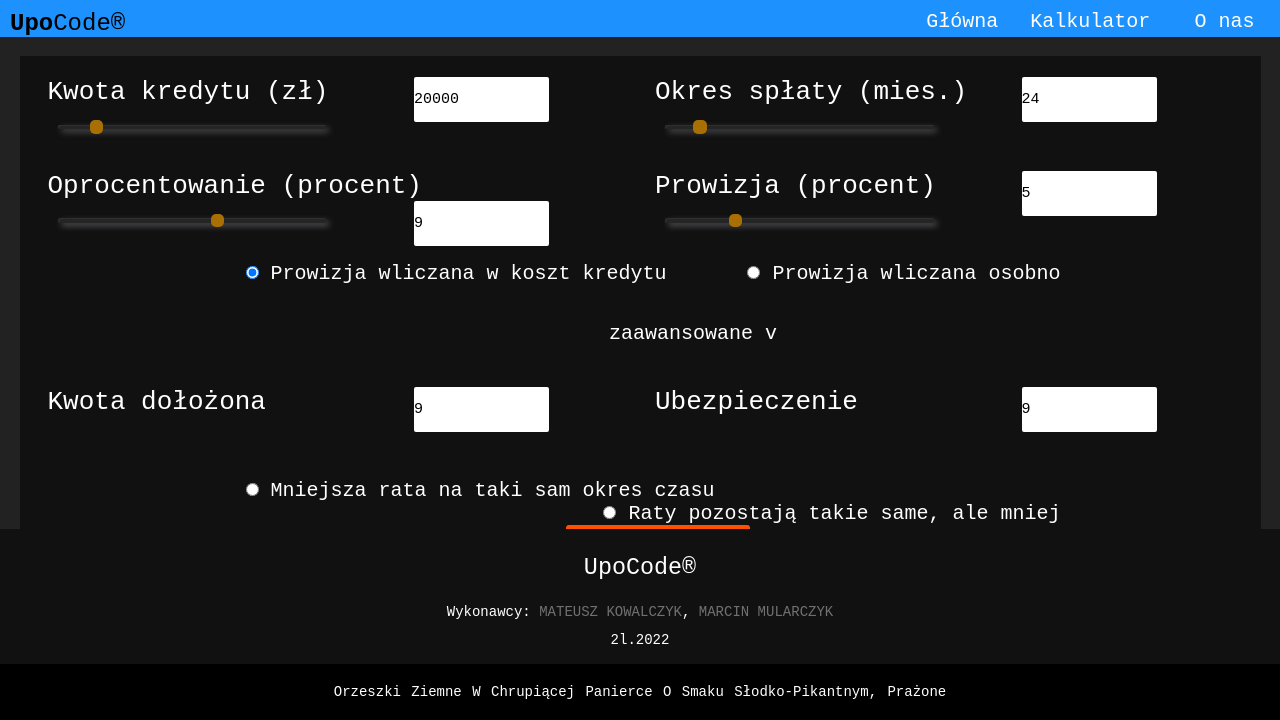
Repository: Klemingway/egzamin
Page: kalkulator.html
These files come from the project's save history. The page is drawn as it stood at one moment and after the next save; the edit follows.
The browser window is 1280 px wide. The pictures show the whole page.

Above is the page before, as saved 2023-01-25 12:23:27.

### kalkulator.html
<!DOCTYPE html>
<html lang="pl">

<head>
    <meta charset="UTF-8">
    <meta http-equiv="X-UA-Compatible" content="IE=edge">
    <meta name="viewport" content="width=device-width, initial-scale=1.0">
    <link rel="stylesheet" href="style/styl.css">
    <link rel="shortcut icon" href="img/ikonna.png" type="image/x-icon">
    <script src="js/script.js"></script>
    <title>Bankowy</title>
</head>
<header>

    <div id="hod">
        <a style="text-decoration: none;color: white;" href="index.html">Główna</a>
        <a style="text-decoration: none;color: white;" href="kalkulator.html">Kalkulator</a> &puncsp;
        <div id="hod1"><a style="text-decoration: none; color: white;" href="bl.html">O nas</a></div>
    </div>
    <div id="hzd">
        <b>Upo</b>Code®
    </div>
</header>

<div id="gl">

    <div id="d1" class="d">
        Kwota kredytu (zł)
        <input type="text" name="kwota" pattern="[0-9]" id="kwota" class="wej" value="20000" onchange="document.getElementById('r1').value = this.value/1000"><br>
        <input type="range" min="1" max="150" value="20" id="r1" class="slider" oninput="document.getElementById('kwota').value = this.value*1000; ">
    </div>

    <div id="d2" class="d">
        Okres spłaty (mies.)
        <input type="text" name="splata" pattern="[0-9]" id="splata" class="wej" value="24" onchange="document.getElementById('r2').value = this.value"><br>
        <input type="range" min="12" max="120" value="24" id="r2" class="slider" oninput="document.getElementById('splata').value = this.value;">
    </div>


    <div id="d3" class="d">
        Oprocentowanie (procent)
        <input type="text" name="splata" pattern="[0-9]" id="oproc" class="wej" value="9" onchange="document.getElementById('r3').value = this.value*100"><br>
        <input type="range" min="1" max="1500" value="900" id="r3" class="slider" oninput="document.getElementById('oproc').value = this.value/100;">
    </div>

    <div id="d4" class="d">
        Prowizja (procent)
        <input type="text" name="prowiz" pattern="[0-9]" id="prowiz" class="wej" value="5" onchange="document.getElementById('r4').value = this.value"><br>
        <input type="range" min="0" max="20" value="5" id="r4" class="slider" oninput="document.getElementById('prowiz').value = this.value;">
    </div>

    <div id="d5" class="dradio">
        <label class="l1">
        <input type="radio" checked name="choice" value="wariant1" class="radio"> Prowizja wliczana w koszt kredytu
        </label>
        <label class="l2">
            <input type="radio" name="choice" value="wariant2" class="radio">
            Prowizja wliczana osobno
        </label>
    </div>
    <br>
    <div id="d6">
        <a onclick="zaawansowane()" style="margin-bottom: 100px;">zaawansowane v</a>
    </div>
    <div id="d8" class="d">
        Kwota dołożona
        <input type="text" name="kwotadodana" pattern="[0-9]" id="kwotadodana" class="wej" value="9">
    </div>
    <div id="d9" class="d">
        Ubezpieczenie
        <input type="text" name="ubezpieczenie" pattern="[0-9]" id="ubezpieczenie" class="wej" value="9">
    </div>
    <div id="d10" class="dradio">
        <label class="l1">
            <input type="radio" name="choice2" class="radio" value="rat_tyle_samo">
            Mniejsza rata na taki sam okres czasu
        </label>
        <label class="l2">
            <input type="radio" name="choice2" class="radio" value="rat_mniej">
            Raty pozostają takie same, ale mniej
        </label>
    </div>
    <div id="d7">
        <input type="button" id="guzik" value="Oblicz ratę i koszt" onclick="test()">
    </div>

</div>
<!-- <div id="wyniki">

</div> -->



<footer>
    <div id="zawfoot">
        <h3>UpoCode®</h3>
        <p>Wykonawcy: <span>Mateusz Kowalczyk</span>, <span>Marcin Mularczyk</span><br>2l.2022</p>

    </div>
    <div class="dol">
        <p>Orzeszki ziemne w chrupiącej panierce o smaku słodko-pikantnym, prażone

        </p>
    </div>
</footer>

</body>

</html>

### style/styl.css
html,
body {
    padding: 0;
    margin: 0;
    font-family: monospace;
    background-color: #222222;
    overflow-x: hidden;
    min-height: 100%;
}

body::-webkit-scrollbar {
    width: 0.6em;
}

body::-webkit-scrollbar-track {
    -webkit-box-shadow: inset 0 0 6px rgba(0, 0, 0, 0.3);
}

body::-webkit-scrollbar-thumb {
    background-color: rgb(255, 136, 0);
}

body::-webkit-scrollbar-thumb:hover {
    background: rgba(255, 136, 0, 0.582);
}


/* header */

header {
    z-index: 5;
    text-decoration: none;
    padding-top: 0.5em;
    position: sticky;
    top: 0;
    height: 5vh;
    background-color: #1d92ff;
    width: 100vw;
    font-size: 20px;
}

#hzd {
    font-size: 1.2em;
    padding-left: 10px;
    background-color: #1d92ff;
}

#hod {
    float: right;
    word-spacing: 20px;
    margin-right: 2vw;
}

#hod1 {
    float: right;
    word-spacing: 0px;
}

#fw {
    position: relative;
    margin-top: 20px;
}


/* koniec headera */

#gl {
    padding-top: 1.5em;
    padding-left: 2em;
    padding-bottom: 2em;
    justify-content: center;
    background-color: #111111;
    color: white;
    margin: 1.5em;
    min-height: 20vh;
}


/* #d1 {
    background-color: aqua;
}

#d2 {
    background-color: brown;
}

#d3 {
    background-color: olive;
}

#d4 {
    background-color: orangered;
} */

#gll {
    background-color: #ff5000;
    width: 100%;
    height: auto;
    border: #ff5000 1px solid;
}

.dradio {
    font-size: 20px;
    padding-top: 5px;
    padding-left: 10em;
    padding-right: 10em;
    width: 100%;
    margin-bottom: 1em;
    /* background-color: gold; */
}

.l1 {
    float: left;
}

.l2 {
    float: right;
}

#d6 {
    margin: 2em;
    font-size: 20px;
    padding-top: 5px;
    width: 100%;
    text-align: center;
    /* background-color: rgb(0, 255, 115); */
}

#d7 {
    margin: 5px;
    display: flex;
    width: 100%;
    justify-content: center;
}

.d {
    word-wrap: break-word;
    font-size: 2em;
    padding: 2px;
    width: 50%;
    float: left;
    min-height: 13vh;
    padding-right: 4em;
}

#wyniki {
    min-height: 25em;
    margin-bottom: 3em;
}


/* wejscia wyjscia */

.wej {
    float: right;
    border-radius: 2px;
    outline: none;
    border: none;
    font-family: monospace;
    height: 3em;
    width: 9em;
    font-size: 15px;
}

.slider {
    margin: 10px;
    -webkit-appearance: none;
    outline: none;
    border-radius: 3px;
    height: 0.6vh;
    width: 21vw;
    background-color: rgb(37, 37, 37);
    box-shadow: 3px 3px 6px rgb(89, 88, 92), inset 1px 1px 1px #313131;
}

.slider::-webkit-slider-thumb {
    -webkit-appearance: none;
    width: 1em;
    height: 1em;
    cursor: pointer;
    background-color: rgb(168, 111, 5);
    overflow: visible;
    border-radius: 5px;
}

#guzik {
    display: inline-block;
    outline: none;
    cursor: pointer;
    font-weight: 600;
    border-radius: 3px;
    padding: 12px 24px;
    border: 0;
    color: #fff;
    background: #ff5000;
    line-height: 1.15;
    font-size: 16px;
}

#guzik:hover {
    transition: all .1s ease;
    box-shadow: 0 0 0 0 #fff, 0 0 0 3px #1d92ff;
}


/* footer */

footer {
    position: absolute;
    bottom: 0;
    width: 100%;
    left: 0;
    right: 0;
    background: #111;
    height: auto;
    width: 100vW;
    font-family: monospace;
    padding-top: 20px;
    color: white;
}

#zawfoot {
    display: flex;
    align-items: center;
    justify-content: center;
    flex-direction: column;
    text-align: center;
}

#zawfoot h3 {
    font-size: 1.8rem;
    font-weight: 400;
    text-transform: capitalize;
    line-height: 3rem;
}

#zawfoot p {
    max-width: 500px;
    margin: 10px auto;
    line-height: 28px;
    font-size: 14px;
}

* {
    margin: 0;
    padding: 0;
    box-sizing: border-box;
}

.dol {
    background: #000;
    width: 100vw;
    padding: 20px 0;
    text-align: center;
}

.dol p {
    font-size: 14px;
    word-spacing: 2px;
    text-transform: capitalize;
}

#zawfoot span {
    text-transform: uppercase;
    opacity: .4;
    font-weight: 200;
}


/* koniec footera */

@media (max-width: 650px) {
    .d {
        padding-right: 1em;
        width: 100%;
        padding-bottom: 0;
        margin-bottom: 1.5em;
    }
    .dradio {
        padding: 0;
    }
    .slider {
        width: 100%;
    }
    .wej {
        width: 100%;
    }
    #gl {
        padding: 1em;
    }
    footer {
        position: relative;
    }
    #d5 {
        text-align: center;
    }
}

### js/script.js




function zaokrongl(variable) {
    return Math.round(variable * 100) / 100;
}
document.addEventListener('mouseup', function(e) {
    if(e.target.id == "dwd"){
        zamknij();
    }
    else if(e.target.id == "dwd2"){
        zamknij1();
    }
});
function tableCreate2(splata, k, oprocentowanie, kwota, rata, prowizja, kwota_dodana) {
    console.log("kwota: " + kwota);
    //tu sie dzieje magia sztańska i wgl ale no uwu
    var a = document.getElementById("wyniki2");
    // czyszczenie diva
    a.innerHTML = '';
    //ustawiamy sobie stałą
    const wyniki = document.a,
    // do tej stałej tworzymy element div
    div = document.createElement('div');
    // ustawiamy id diva jako tabela
    div.setAttribute("id", "tabela");
    //tworzymy tabele
    tbl = document.createElement('table');
    // dopisujemy tabele do diva
    div.appendChild(tbl);
    tbl.style.width = '110px';
    tbl.style.border = '1px solid black';

    var odsetki = 0,   suma_odsetek = 0,    suma = 0;
    var kapital = 0,   suma = 0,            kwota_kredytu=0;

    var element1 = document.getElementById('advanced2');
    var choice2 = document.getElementsByName('choice2');
    if(element1!==null && choice2[1].checked==true){
        kwota_kredytu= kwota - kwota_dodana;
        console.log("kwota+kredytu: " + kwota_kredytu)
    }
    else{
        kwota_kredytu = kwota;
        console.log("kwota+kredytu: " + kwota_kredytu)
    }
    // prosta pętla myśle że nic nie trzeba tłumaczyć
    loop1:
    for (let i = 0; i <= splata; i++) {
        const tr = tbl.insertRow();
        loop2:
        for (let j = 0; j < 4; j++) {
            odsetki = (oprocentowanie / k) * kwota_kredytu;


            kapital = rata - odsetki;
            const td = tr.insertCell();
            if (i == 0 && j == 0) {
                td.appendChild(document.createTextNode("L.p."));
                td.style.fontSize = '20px';
            } else if (i == 0 && j == 1) {
                td.appendChild(document.createTextNode("Odsetki"));
                td.style.fontSize = '20px';
            } else if (i == 0 && j == 2) {
                td.appendChild(document.createTextNode("Kapitał"));
                td.style.fontSize = '20px';
            } else if (i == 0 && j == 3) {
                td.appendChild(document.createTextNode("Wysokość raty"));
                td.style.fontSize = '20px';
            }
            if (j == 0 && i != 0) {
                if(kapital>=rata){
                    break loop1;
                }
                td.appendChild(document.createTextNode(i));
            } else if (j == 1 && i != 0) {
                suma_odsetek += odsetki;
                td.appendChild(document.createTextNode(zaokrongl(odsetki)));
            } else if (j == 2 && i != 0) {
                kwota_kredytu -= kapital;
                td.appendChild(document.createTextNode(zaokrongl(kapital)));
            } else if (j == 3 && i != 0) {
                suma += rata;
                td.appendChild(document.createTextNode(rata));
            }
            td.style.border = '1px solid black';

        }
    }
    console.log("Suma: "+suma)
    console.log("Suma odsetek: "+suma_odsetek)
    a.appendChild(div);
}
function obliczanie(I,N,oprocentowanie,choice,n,zaplata,prowizja,suma,k,kwota_dodana){
    var choice2 = document.getElementsByName('choice2');

        // jeżeli wybrane żeby Prowizja wliczana w koszt kredytu to wtedy to się liczy
        if (choice[0].checked == true) {
            prowizja = (document.getElementById("prowiz").value) / 100;

            prowizja = prowizja * N;
            // doliczamy prowizję do kwoty kredytu
            N = N * 1 + prowizja;

            // jeżeli okres spłaty wynosi mniej niż 12 miesięcy to analogicznie w roku
            // zapłacimy równowartość tego okresu bo w roku mamy max 12 rat
            k = 12;
            if (n < 12) {
                k = n;
            }
            for (var i = 1; i <= n; i++) {
                // no to tutaj przepisany wzór z matematycznego na kodowanie
                suma += Math.pow((1 + (oprocentowanie / k)), -i);
            }
            // tutaj jest licznik podzielony przez mianownik
            I = N / suma;
            // mnożymy naszą ratę razy ilość rat aby otrzymać ile będziemy musieli oddać bankowi
            zaplata = I * n;
            console.log("N: " + N)

            tableCreate2(n, k, oprocentowanie, N, zaokrongl(I), prowizja,kwota_dodana)
            document.getElementById("wyniki").innerHTML = "Wysokość raty: " + zaokrongl(I) + "<br>" +
                "Całkowita kwota do spłaty: " + zaokrongl(zaplata);

        // jeżeli wybrane żeby Prowizja wliczana osobno to wtedy to się liczy
        } else if (choice[1].checked == true) {
            prowizja = (document.getElementById("prowiz").value) / 100;
            prowizja = prowizja * N;
            // jeżeli okres spłaty wynosi mniej niż 12 miesięcy to analogicznie w roku zapłacimy równowartość tego okresu bo w roku mamy max 12 rat
            k = 12;
            if (n < 12) {
                k = n;
            }
            for (var i = 1; i <= n; i++) {
                // no to tutaj przepisany wzór z matematycznego na kodowanie
                suma += Math.pow((1 + (oprocentowanie / k)), -i);
            }
            // tutaj jest licznik podzielony przez mianownik
            I = N / suma;
            // mnożymy naszą ratę razy ilość rat aby otrzymać ile będziemy musieli oddać bankowi
            zaplata = I * n;
            // doliczamy prowizję po wszystkich obliczeniach
            zaplata = zaplata + prowizja;
            console.log("N: " + N)
            tableCreate2(n, k, oprocentowanie, N, zaokrongl(I), prowizja,kwota_dodana)
            document.getElementById("wyniki").innerHTML = "Wysokość raty: " + zaokrongl(I) + "<br>" +
                "Całkowita kwota do spłaty: " + zaokrongl(zaplata);
        }
        else{
            console.log("wda")
        }
        document.getElementById("dwd").style.backdropFilter = "blur(7px)";
        document.getElementById("wyniki").innerHTML += "<br><input type=\"button\" id='guzior1' onclick=\"pokaz()\" value=\"pokaż harmonogram rat\">";

}
function test() {
    document.getElementById("wyniki").style.visibility = "visible"; // a to to nwm pan mularczyk robił
    var I, N, oprocentowanie, k, n, suma = 0, zaplata, prowizja = 0;

    N = document.getElementById("kwota").value; // kwota kredytu
    oprocentowanie = document.getElementById("oproc").value/100; // oprocentowanie kredytu
    n = document.getElementById("splata").value; // okres splaty

    var choice = document.getElementsByName('choice');

    //////////////////////////////////////
    //                                  //
    // sprawdzenie czy jest rozwinięte  //
    //                                  //
    //////////////////////////////////////

    var element1 = document.getElementById('advanced2');
    var element2 = document.getElementById('advanced2');
    if(element1 !== null  && element2 !== null){
        var kwota_dodana = document.getElementById("kwotaDodana").value;
        var choice2 = document.getElementsByName('choice2'); // zaawansowane
        if(choice2[0].checked == true){
            console.log(kwota_dodana + "  " + "tyle samo rat ale mniejsza cena")
            //////////////////////////////////////////
            //                                      //
            //    tyle samo rat ale mniejsza cena   //
            //                                      //
            //////////////////////////////////////////
            N -= kwota_dodana;
            console.log("Nigger: " + N)
            obliczanie(I,N,oprocentowanie,choice,n,zaplata,prowizja,suma,k,kwota_dodana);

        }
        if(choice2[1].checked == true){
            console.log(kwota_dodana + "  " + "Mniej rat, po tej samej cenie raty")
            //////////////////////////////////////////
            //                                      //
            //  Mniej rat, po tej samej cenie raty  //
            //                                      //
            //////////////////////////////////////////


            obliczanie(I,N,oprocentowanie,choice,n,zaplata,prowizja,suma,k,kwota_dodana);
        }


    }
    else{
        obliczanie(I,N,oprocentowanie,choice,n,zaplata,prowizja,suma,k);
    }

}

function pokaz() {
    document.getElementById("dwd").style.visibility = "visible";
}

function zamknij() {
    document.getElementById("dwd").style.visibility = "hidden";
}
function pokaz1() {
    document.getElementById("dwd2").style.backdropFilter = "blur(7px)";
    document.getElementById("dwd2").style.visibility = "visible";
}

function zamknij1() {
    document.getElementById("dwd2").style.visibility = "hidden";
}

function zaawansowane(){
    var element = document.getElementById('advanced2');
    if(element === null){
        var a = document.getElementById("tabelka");
        const wyniki = document.a,
        /////////////////////////////////////////
        //                                     //
        //          input text kwata           //
        //                                     //
        /////////////////////////////////////////
        trA = document.createElement('tr');
        trA.setAttribute("id","advancedText");
        trA.setAttribute('style','position:relative; padding-top:200px; height:40px;')


        tdA = document.createElement('td');
        tdB = document.createElement('td');

        inputA = document.createElement('input');
        inputA.setAttribute('type','text');
        inputA.setAttribute('id','kwotaDodana');

        tdA.innerHTML += "Kwota dołożona";
        tdB.appendChild(inputA);
        trA.appendChild(tdA);
        trA.appendChild(tdB);
        a.appendChild(trA);

        tdA = document.createElement('td');
        tdB = document.createElement('td');

        inputA = document.createElement('input');
        inputA.setAttribute('type','text');
        inputA.setAttribute('id','ubezpieczenie');

        tdA.innerHTML += "Ubezpieczenie";
        tdB.appendChild(inputA);
        trA.appendChild(tdA);
        trA.appendChild(tdB);

        //a.appendChild(trB);
        a.appendChild(trA);

        /////////////////////////////////////////
        //                                     //
        //            inputy radio             //
        //                                     //
        /////////////////////////////////////////

        tr2 = document.createElement('tr');
        tr2.setAttribute("id", "advanced2");
        td1 = document.createElement('td');
        td1.setAttribute("colspan", "2");
        td1.setAttribute('style','text-align:center;');
        //style="text-align: center;"
        br = document.createElement('br');

        label1 = document.createElement('label');
        input1 = document.createElement('input');
        input1.setAttribute('type','radio');
        input1.setAttribute('name','choice2');
        input1.setAttribute('class','radio');
        input1.setAttribute('value','rat_mniej');

        label1.appendChild(input1);
        label1.innerHTML += ' Raty pozostają takie same, ale mniej';

        td2 = document.createElement('td');
        td2.setAttribute("colspan", "2");
        td2.setAttribute('style','text-align:center;');
        label2 = document.createElement('label');
        input2 = document.createElement('input');
        input2.setAttribute('type','radio');
        input2.setAttribute('name','choice2');
        input2.setAttribute('class','radio');
        input2.setAttribute('value','rat_tyle_samo');


        label2.appendChild(input2);
        label2.innerHTML += ' Mniejsza rata na taki sam okres czasu';


        td1.appendChild(br);
        td1.appendChild(label1);

        td2.appendChild(br);
        td2.appendChild(label2);

        tr2.appendChild(td2);
        tr2.appendChild(td1);

        a.appendChild(tr2);

        clicked = false;
    }
    else{
        var elem = document.getElementById("advanced2");
        elem.parentNode.removeChild(elem);
        elem = document.getElementById("advancedText");
        elem.parentNode.removeChild(elem);
    }
}

After the next save:
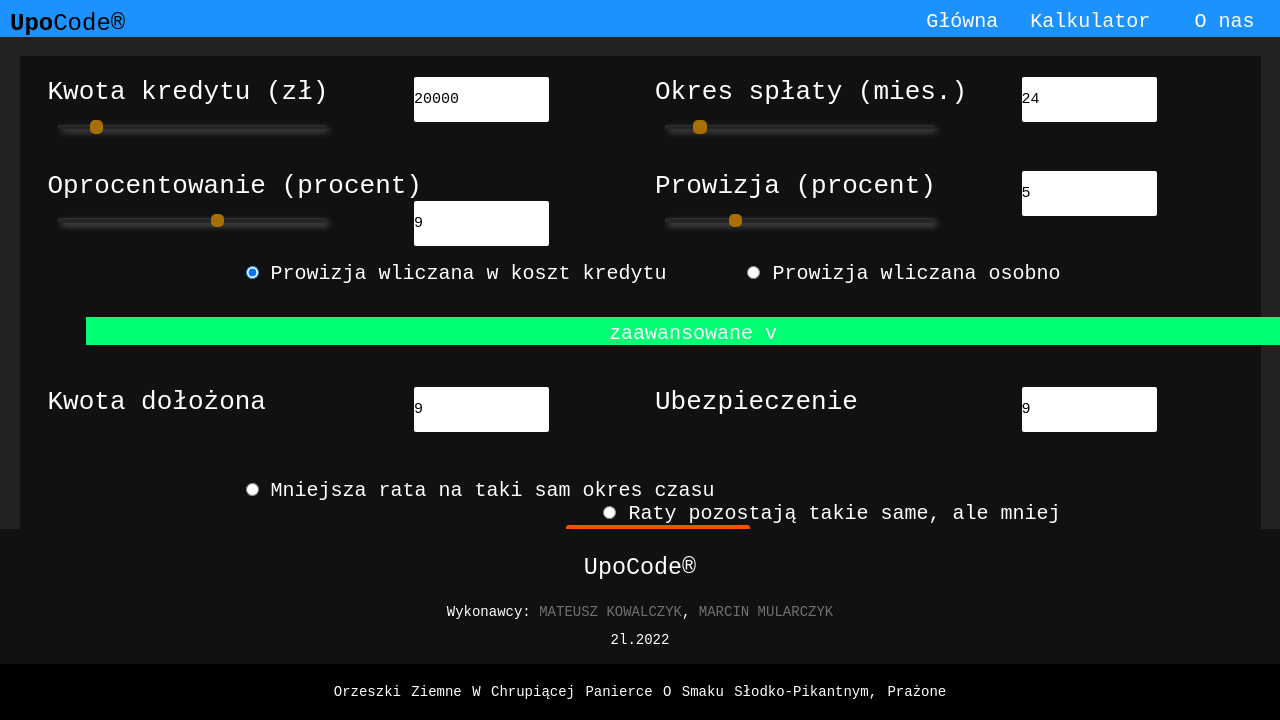
Saved 7 s later.
--- a/style/styl.css
+++ b/style/styl.css
@@ -123,7 +123,7 @@ header {
     padding-top: 5px;
     width: 100%;
     text-align: center;
-    /* background-color: rgb(0, 255, 115); */
+    background-color: rgb(0, 255, 115);
 }
 
 #d7 {
